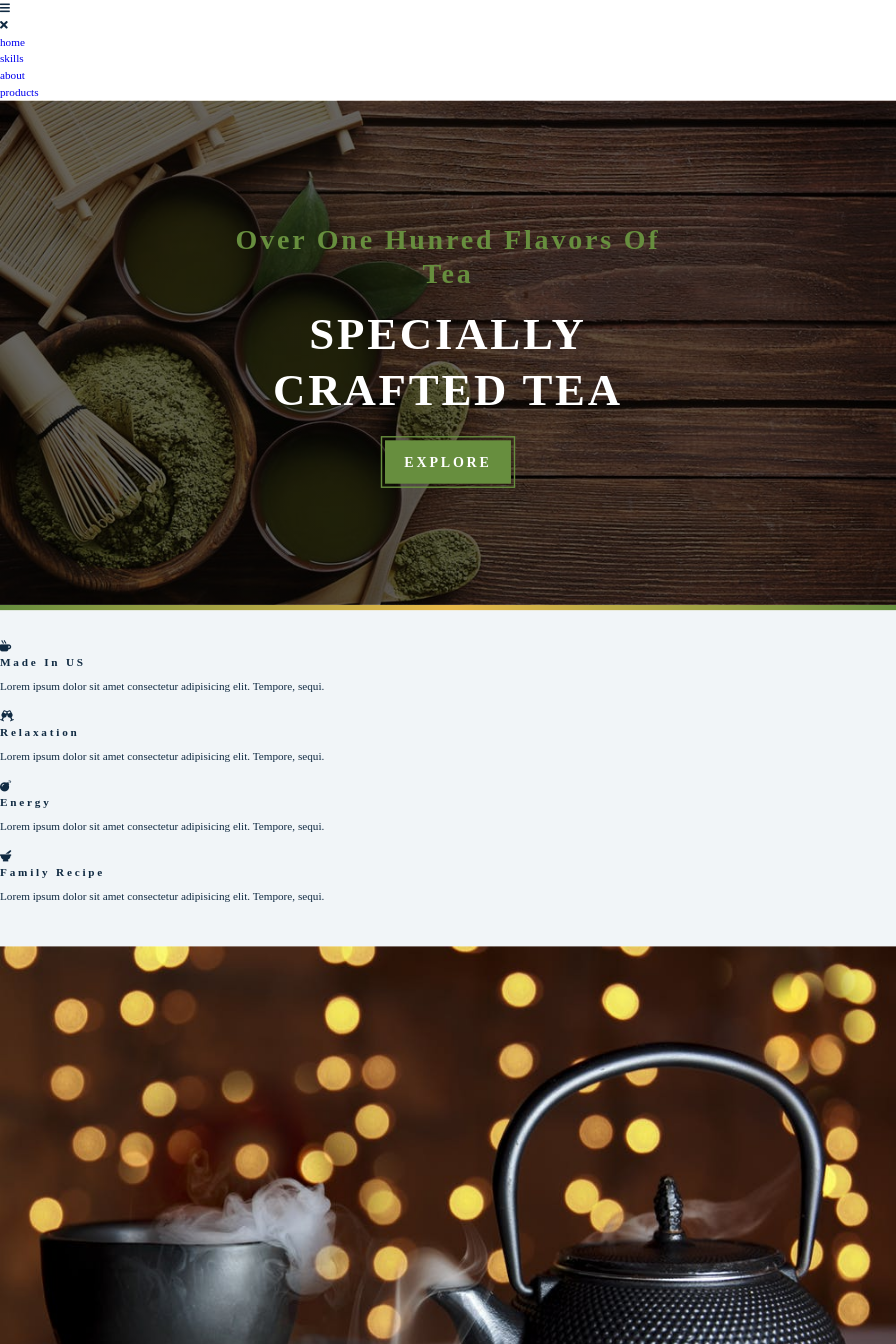
Repository: Ndifoinhilary/building_tea_site
Page: index.html
The author's editor kept a copy of each file at every save. The page is drawn from the files as they stood at one save, then again after the next save.
The browser window is 1280 px wide. The pictures show the part of the page from y = 0 to 1920 px (the page is 6270 px tall), at 70% of full size.
Backgrounds fixed to the window are drawn as part of the page. Some web fonts or font styles are not loaded; a fallback is used.

Above is the page before, as saved 2024-01-03 20:11:41.

### index.html
<!DOCTYPE html>
<html lang="en">

<head>
  <meta charset="UTF-8" />
  <meta name="viewport" content="width=device-width, initial-scale=1.0" />
  <meta http-equiv="X-UA-Compatible" content="ie=edge" />
  <title>Tea Station || Home</title>
  <!-- font-awesome -->
  <link rel="stylesheet" href="./fontawesome-free-5.7.2-web/css/all.css" />
  <!-- custom css -->
  <link rel="stylesheet" href="./css/styles.css" />
</head>

<body>
  <!-- nav button -->
  <span class="nav-btn" id="nav-btn">
    <i class="fas fa-bars"></i>
  </span>
  <!-- nav -->
  <nav class="navbar" id="navbar">
    <div class="navbar-header">
      <span class="nav-close" id="nav-close">
        <i class="fas fa-times"></i>
      </span>
    </div>
    <ul class="nav-items">
      <li><a href="index.html" class="nav-link">home</a></li>
      <li><a href="skills.html" class="nav-link">skills</a></li>
      <li><a href="about.html" class="nav-link">about</a></li>
      <li><a href="products.html" class="nav-link">products</a></li>
    </ul>
  </nav>
  <!-- header -->
  <header class="header">
    <div class="banner">
      <h2 class="banner-subtitle">Over one hunred flavors of tea</h2>
      <h1 class="banner-title">specially crafted tea</h1>
      <a href="skills.html" class=" btn banner-btn">explore</a>
    </div>
  </header>

  <div class="content-divider"></div>
  <!-- skills section -->
  <section class="skills clearfix">
    <!-- single skill -->
    <article class="skill">
      <span class="skill-icon">
        <i class="fas fa-mug-hot"></i>
      </span>
      <h4 class="skill-title">made in US</h4>
      <!-- ten words -->
      <p class="skill-text">
        Lorem ipsum dolor sit amet consectetur adipisicing elit. Tempore,
        sequi.
      </p>
    </article>
    <!-- end of single skill -->
    <!-- single skill -->
    <article class="skill">
      <span class="skill-icon">
        <i class="fas fa-glass-cheers"></i>
      </span>
      <h4 class="skill-title">relaxation</h4>
      <!-- ten words -->
      <p class="skill-text">
        Lorem ipsum dolor sit amet consectetur adipisicing elit. Tempore,
        sequi.
      </p>
    </article>
    <!-- end of single skill -->
    <!-- single skill -->
    <article class="skill">
      <span class="skill-icon">
        <i class="fas fa-bomb"></i>
      </span>
      <h4 class="skill-title">energy</h4>
      <!-- ten words -->
      <p class="skill-text">
        Lorem ipsum dolor sit amet consectetur adipisicing elit. Tempore,
        sequi.
      </p>
    </article>
    <!-- end of single skill -->
    <!-- single skill -->
    <article class="skill">
      <span class="skill-icon">
        <i class="fas fa-mortar-pestle"></i>
      </span>
      <h4 class="skill-title">family recipe</h4>
      <!-- ten words -->
      <p class="skill-text">
        Lorem ipsum dolor sit amet consectetur adipisicing elit. Tempore,
        sequi.
      </p>
    </article>
    <!-- end of single skill -->
  </section>
  <!--end of skills section -->
  <!-- about -->
  <section class="about">
    <div class="section-center clearfix">
      <article class="about-img">
        <div class="about-picture-container">
          <img src="./images/about-bcg.jpeg" alt="tea kettle" class="about-picture" />
        </div>
      </article>
      <article class="about-info">
        <!-- section title -->
        <div>
          <h3 class="section-subtitle">about our</h3>
          <h2 class="section-title">tea station</h2>
        </div>
        <!-- section title -->
        <p class="about-text">
          Lorem ipsum dolor sit amet consectetur adipisicing elit. Possimus
          numquam rem eos vel consequuntur obcaecati?
        </p>
        <p class="about-text">
          Lorem ipsum dolor sit amet consectetur adipisicing elit. Possimus
          numquam rem eos vel consequuntur obcaecati?
        </p>
        <a href="about.html" class="main-btn">learn more</a>
      </article>
    </div>
  </section>
  <!-- end of about -->
  <!-- products -->
  <section class="products">
    <div class="section-center clearfix">
      <!-- products info  -->
      <article class="products-info">
        <!-- title -->
        <div>
          <h3 class="section-subtitle">check out</h3>
          <h2 class="section-title text-white">our products</h2>
        </div>
        <!-- end of title -->
        <p class="product-text">
          Lorem ipsum dolor sit amet consectetur adipisicing elit. Quod, quae
          vitae! Natus sed fugiat id laudantium nemo, asperiores corporis
          amet!
        </p>
        <a href="products.html" class="main-btn">inventory</a>
      </article>
      <!-- end of products info -->
      <!-- products inventory -->
      <article class="products-inventory clearfix">
        <!-- single product -->
        <div class="product">
          <img src="./images/product-1.jpeg" alt="single product" class="product-img" />
          <h3 class="product-title">product title</h3>
          <h3 class="product-price">$6.99</h3>
        </div>
        <!--end of single product -->
        <!-- single product -->
        <div class="product">
          <img src="./images/product-2.jpeg" alt="single product" class="product-img" />
          <h3 class="product-title">product title</h3>
          <h3 class="product-price">$6.99</h3>
        </div>
        <!--end of single product -->
        <!-- single product -->
        <div class="product">
          <img src="./images/product-3.jpeg" alt="single product" class="product-img" />
          <h3 class="product-title">product title</h3>
          <h3 class="product-price">$6.99</h3>
        </div>
        <!--end of single product -->
      </article>
      <!--end of  products inventory -->
    </div>
  </section>
  <!-- end of  products -->
  <!-- contact -->
  <section class="contact">
    <div class="section-center clearfix">
      <!-- contact info -->
      <article class="contact-info">
        <!-- contact item -->
        <div class="contact-item">
          <!-- contact text -->
          <h3 class="contact-title">
            <span class="contact-icon">
              <i class="fas fa-location-arrow"></i> </span>address
          </h3>
          <h3 class="contact-text">
            523 N Fairfax Ave, Los Angeles, CA 90048
          </h3>
        </div>
        <!-- end of contact item -->
        <!-- contact item -->
        <div class="contact-item">
          <!-- contact text -->
          <h3 class="contact-title">
            <span class="contact-icon"> <i class="fas fa-envelope"></i> </span>email
          </h3>
          <h3 class="contact-text">email@email.com</h3>
        </div>
        <!-- end of contact item -->
        <!-- contact item -->
        <div class="contact-item">
          <!-- contact text -->
          <h3 class="contact-title">
            <span class="contact-icon">
              <i class="fas fa-location-arrow"></i> </span>telephone
          </h3>
          <h3 class="contact-text">+ 123 456 789</h3>
        </div>
        <!-- end of contact item -->
      </article>
      <article class="contact-form">
        <form action="https://formspree.io/learncodetutorial@gmail.com" method="POST" class="form-group">
          <input type="text" name="name" placeholder="name" class="form-control" />
          <input type="email" name="email" placeholder="email" class="form-control" />
          <textarea name="message" placeholder="message" class="form-control" rows="5"></textarea>
          <button class="main-btn">send</button>
        </form>
      </article>
      <!-- end of contact info -->
    </div>
  </section>
  <!-- end o fcontact -->
  <footer class="footer">
    <div class="section-center">
      <div class="social-icons">
        <!-- social icon -->
        <a href="#" class="social-icon">
          <i class="fab fa-facebook"></i>
        </a>
        <!-- end of social icon -->
        <!-- social icon -->
        <a href="#" class="social-icon">
          <i class="fab fa-twitter"></i>
        </a>
        <!-- end of social icon -->
        <!-- social icon -->
        <a href="#" class="social-icon">
          <i class="fab fa-instagram"></i>
        </a>
        <!-- end of social icon -->
      </div>
      <p class="footer-text">
        &copy;2019 <span class="text-primary">tea station</span>. all rights
        reserved
      </p>
    </div>
  </footer>
  <script src="app.js"></script>
</body>

</html>

### css/styles.css
@import url("https://fonts.googleapis.com/css?family=Catamaran:400,700|Grand+Hotel");

* {
  margin: 0;
  padding: 0;
  box-sizing: border-box;
}

/*================
Global variables
===================
*/

:root{
  --clr-primary:#678e3e;
  --clr-primary-light:#beed8c;
  --clr-grey-1:#102a42;
  --clr-grey-5:#617d98;
  --clr-grey-10:#f1f5f8;
  --clr-white:#fff;
  --ff-primary:"Catamaran",sans-serif;
  --ff-secondary:"Grand Hotel", cursive;
  --transition: all 0.3s linear ;
  --spacing:0.25rem;
  --radius:0.5rem;
}


body{
  font-family: var(--clr-primary);
  background: var(--clr-white);
  color: var(--clr-grey-1);
  line-height: 1.5;
  font-size: 0.875rem;
}

a{
  text-decoration: none;
}

img{
  width: 100%;
  display: block;
}
h1,h2,h3,h4{
  letter-spacing: var(--spacing);
  text-transform: capitalize;
  line-height: 1.25;
  margin-bottom: 0.75rem;
}

h1{
  font-size: 3rem;
}
h2{
  font-size: 2rem;
}
h3{
  font-size: 1.5rem;
}
h4{
  font-size: 0.875rem;
}

p{
  margin-bottom: 1.25rem;
}
@media screen and (min-width:800px) {
  h1{
    font-size: 4rem;
  }
  h2{
    font-size: 2.5rem;
  }
  h3{
    font-size: 2rem;
  }
  h4{
    font-size: 1rem;
  }
  body{
    font-size: 1rem;
  }
  h1,h2,h3,h4{
    line-height: 1.25;

  }
}
/*
more css
 */

 .btn{
  text-transform: uppercase;
  background: var(--clr-primary);
  color: var(--clr-white);
  padding: 0.75rem, 1rem;
  letter-spacing: var(--spacing);
  display: inline-block;
  font-weight:700 ;
  transition: var(--transition);
  font-size: 1rem;
  border: none;
  cursor: pointer;
  box-shadow: 0 1px 3px rgba(0, 0, 0,0.2);
 }
.btn:hover {
  color: var(--ff-primary);
  background: var(--clr-primary-light);
}
 /*
 header
  */

  .header{
    min-height: 100vh;
    background: linear-gradient(rgba(0, 0, 0,0.6),rgba(0, 0, 0,0.6)) ,url("/images/main-bcg.jpeg") center/cover no-repeat fixed;
    position: relative;
    /* animation */
    overflow-x: hidden;

  }

  .banner{
    text-align: center;
    position: absolute;
    top: 50%;
    left: 50%;
    transform: translate(-50%,-50%);
  }

  .banner h2{
    font-family: var(--ff-secondary);
    color: var(--clr-primary);
    /* animation */
  }

  .banner h1{
    text-transform: uppercase;
    color: var(--clr-white);
    margin-top: 1.25rem;
    margin-bottom: 2rem;
  }

.banner-btn{
  outline: 0.125rem solid var(--clr-primary);
  outline-offset: 0.25rem;
  font-size: 1.25rem;
  padding:1rem 1.75rem ;
}

.content-divider{
height: 0.5rem;
background: linear-gradient(to left, var(--clr-primary), #e9b949, var(--clr-primary));
}

/*
skills section
 */

 .skills{
  background: var(--clr-grey-10);
  padding: 2.5rem 0;
 }

### app.js
const navBtn = document.getElementById("nav-btn");
const navbar = document.getElementById("navbar");
const navClose = document.getElementById("nav-close");

navBtn.addEventListener("click", () => {
  navbar.classList.add("showNav");
});

navClose.addEventListener("click", () => {
  navbar.classList.remove("showNav");
});

Loaded but not shown: fontawesome-free-5.7.2-web/css/all.css (library)

After the next save:
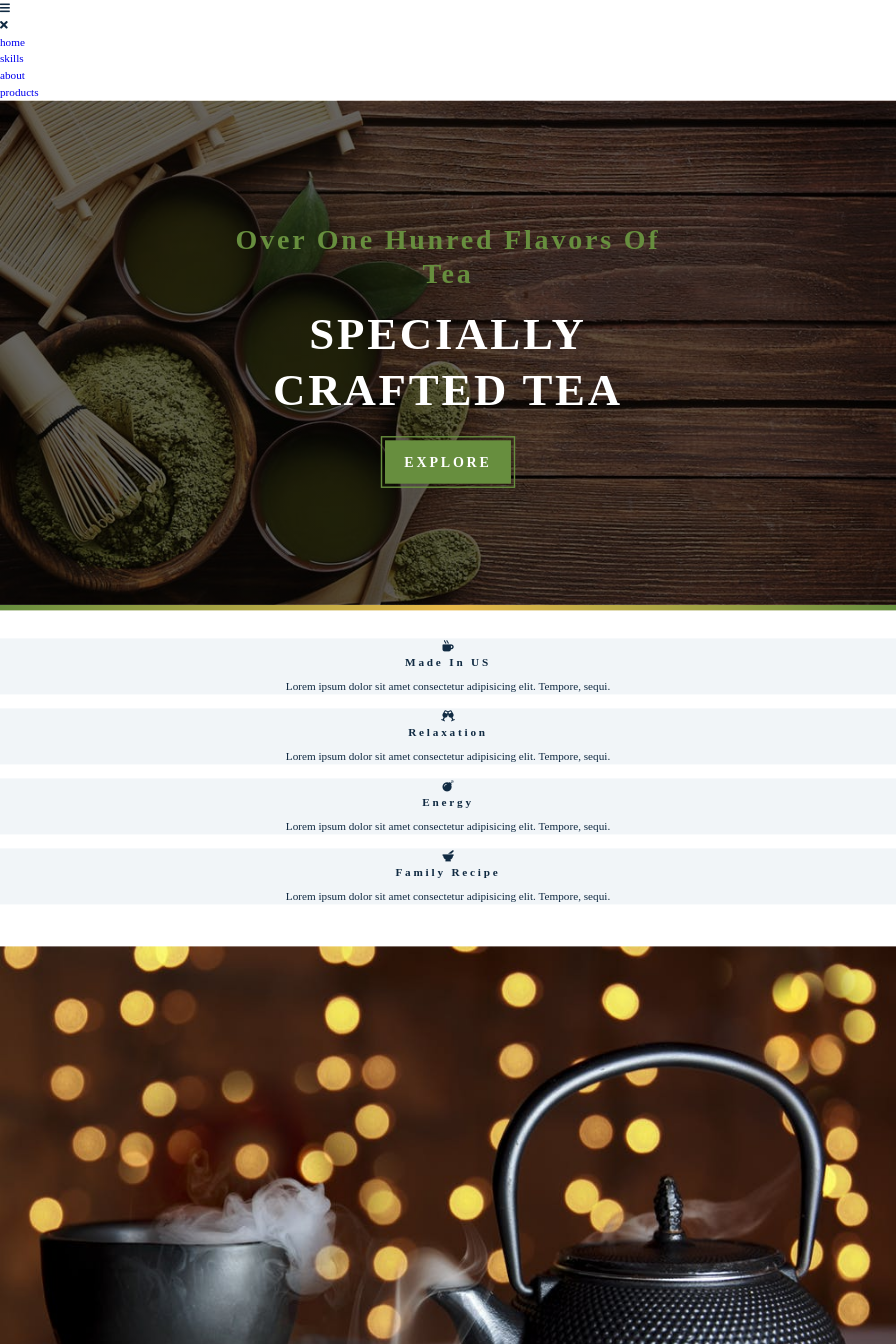
Saved 2 min 27 s later.
--- a/css/styles.css
+++ b/css/styles.css
@@ -158,7 +158,14 @@ background: linear-gradient(to left, var(--clr-primary), #e9b949, var(--clr-prim
 skills section
  */
 
+ .skill{
+  background: var(--clr-grey-10);
+
+ }
+
  .skills{
-  background: var(--clr-grey-10);
+  text-align: center;
   padding: 2.5rem 0;
+  transition: var(--transition);
+
  }
